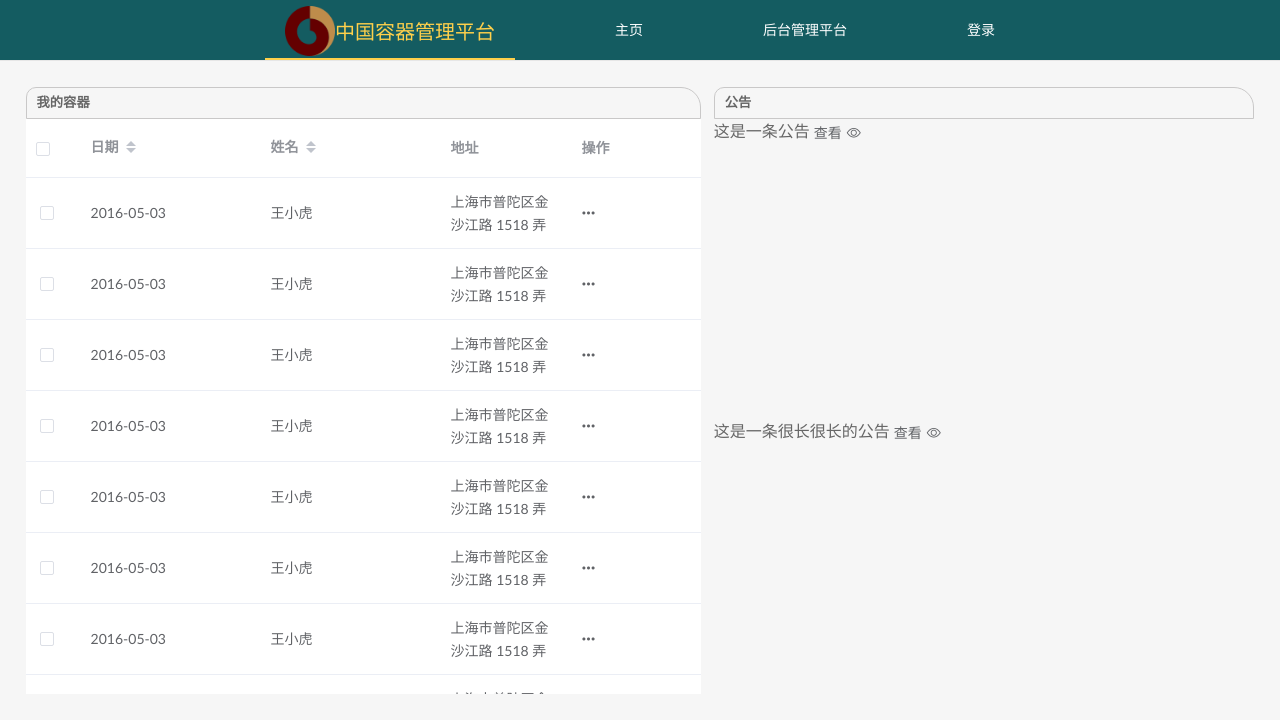
Repository: lei123zhou/zhongjin
Page: /main/home
An editor plug-in stored every save of this project. The page is shown before and after the next save, followed by the edit.
The browser window is 1280 px wide. The pictures show the whole page.
An inner scrolling area shows only its first screen. The project was rebuilt for these pictures with package versions that can differ from the ones it lists, and the page was loaded fresh each time. Also part of the build but not shown: vue.config.js.

Above is the page before, as saved 2022-08-29 20:19:31.

After the next save:
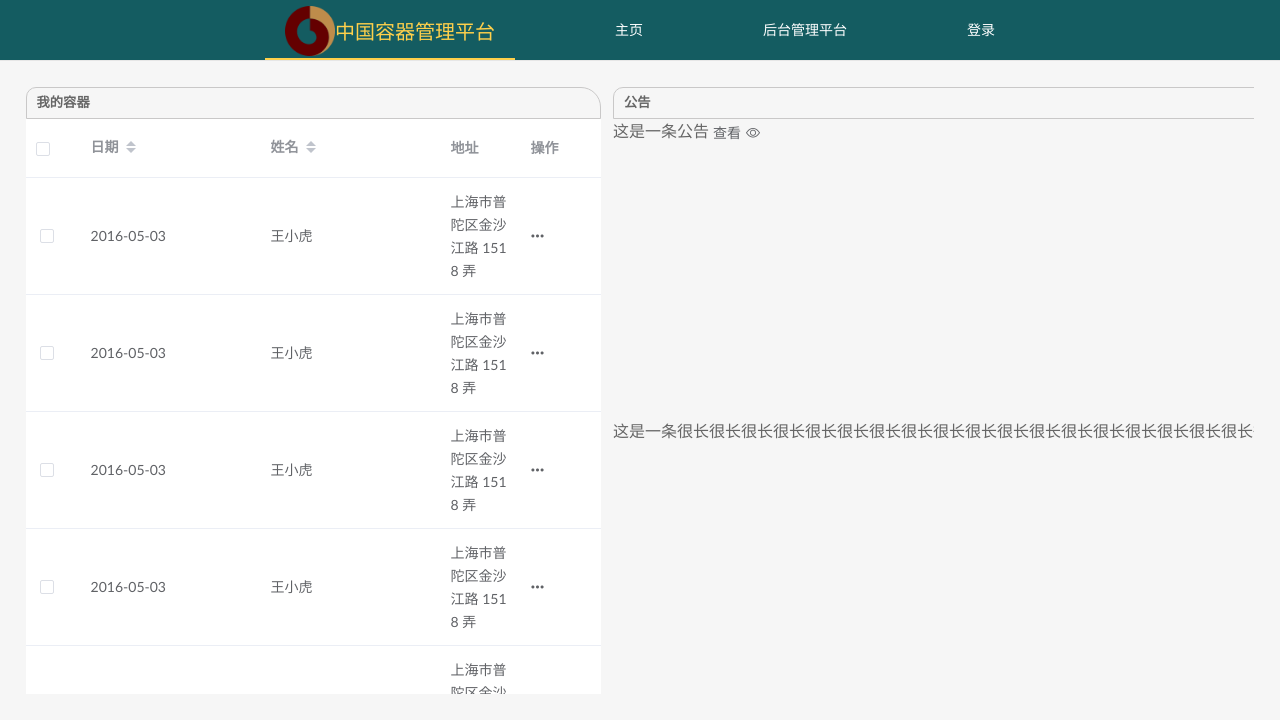
Saved 5 s later.
--- a/src/pages/home/HomePage.vue
+++ b/src/pages/home/HomePage.vue
@@ -57,7 +57,7 @@
         </div>
          <div class="contaion">
           <span
-            >这是一条很长很长的公告
+            >这是一条很长很长很长很长很长很长很长很长很长很长很长很长很长很长很长很长很长很长很长很长很长很长很长很长很长很长很长很长的公告
             <el-link @click="showDetail"
               >查看<i class="el-icon-view el-icon--right"></i> </el-link
           ></span>
